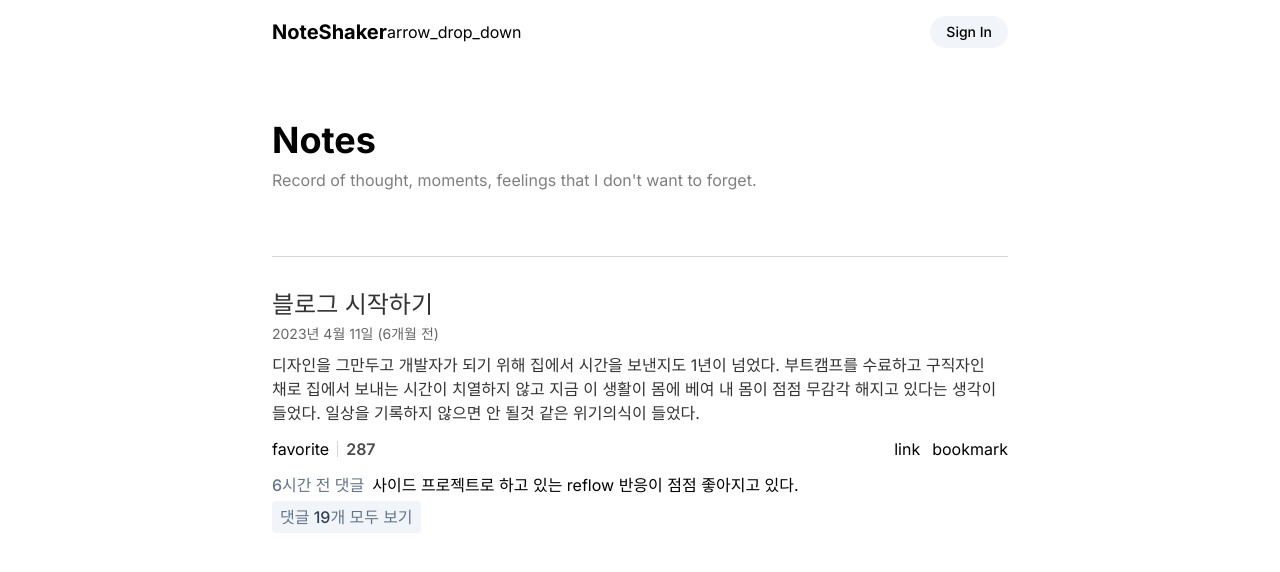
Repository: kwngmin/gongam
Page: /
These files come from the project's save history. The page is drawn as it stood at one moment and after the next save; the edit follows.
The browser window is 1280 px wide. The pictures show the whole page.
The page's requests for data from a server got no answer. The project was rebuilt for these pictures with package versions that can differ from the ones it lists, and the page was loaded fresh each time. The framework's server and built-in components were replaced by stand-ins that run in the browser. No one was signed in, and anything a server would have sent is missing. Also part of the build but not shown: next.config.js, src/components/ui/icons/SearchIcon.tsx, src/components/Avatar.tsx, src/components/ui/DockButton.tsx, src/components/ui/Dockbar.tsx.

Above is the page before, as saved 2023-11-05 01:10:06.

After the next save:
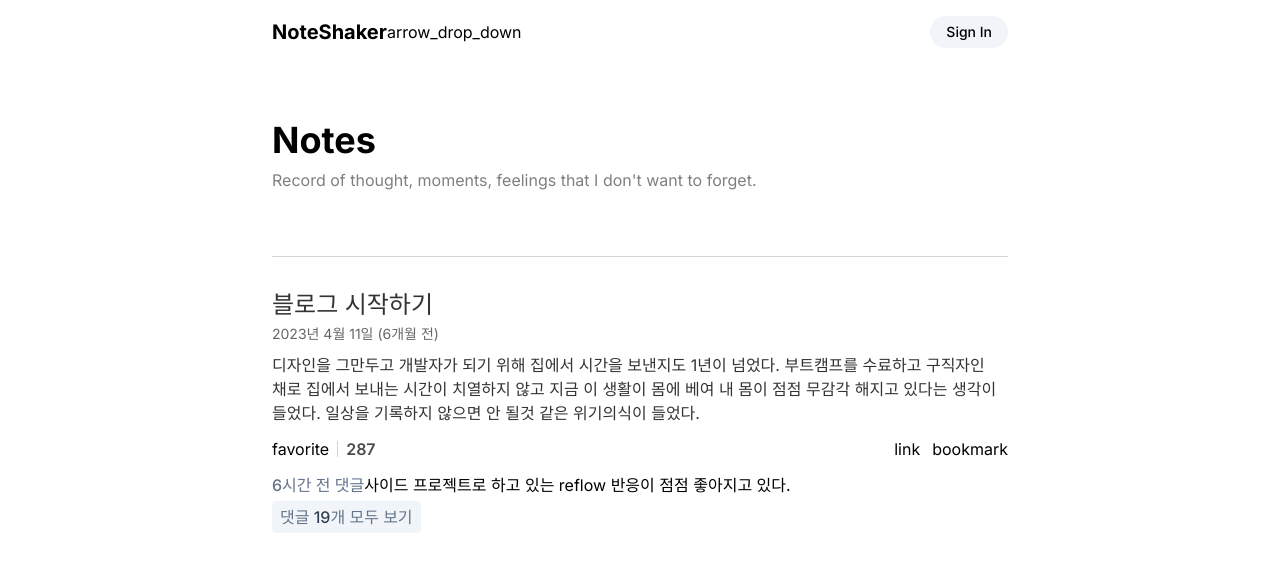
Saved 29 s later.
--- a/src/components/NotePost.tsx
+++ b/src/components/NotePost.tsx
@@ -30,7 +30,7 @@
         </div>
       </div>
       <div className='flex flex-col gap-1'>
-        <div className='flex items-center gap-2 text-ellipsis overflow-hidden'>
+        <div className=''>
           <span className='text-slate-500 font-medium shrink-0'>
             6시간 전 댓글
           </span>

After the 3 saves that followed:
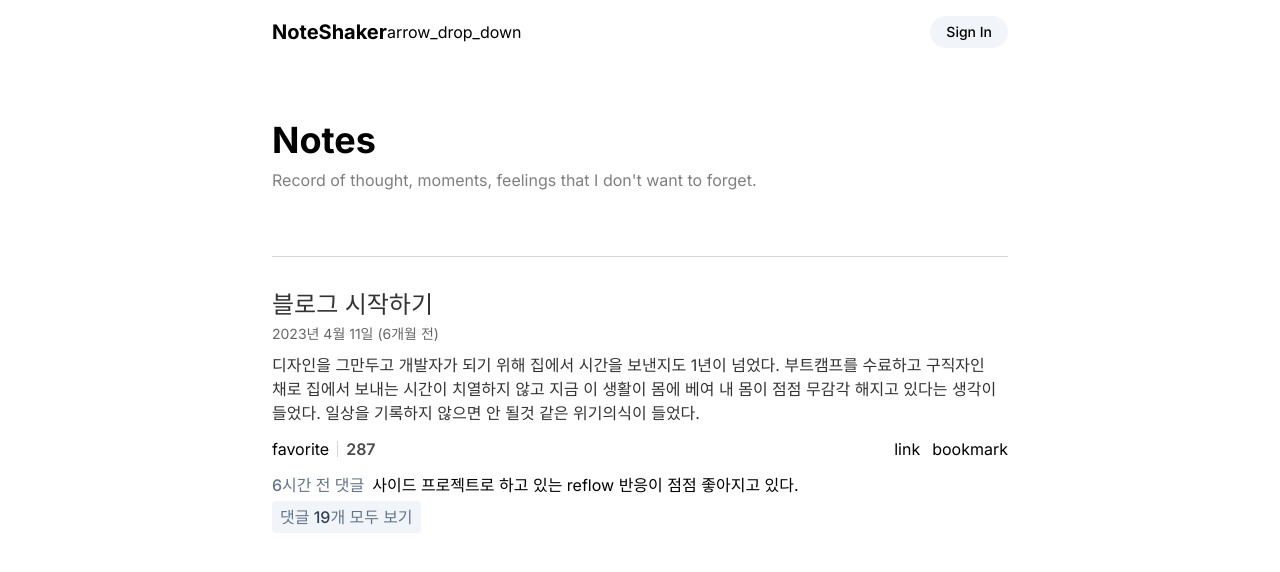
The 3 saves are shown as one change because 2 left the picture as it was.
The last was saved 42 s later.
--- a/src/components/NotePost.tsx
+++ b/src/components/NotePost.tsx
@@ -30,11 +30,11 @@
         </div>
       </div>
       <div className='flex flex-col gap-1'>
-        <div className=''>
+        <div className='flex gap-2'>
           <span className='text-slate-500 font-medium shrink-0'>
             6시간 전 댓글
           </span>
-          <span className='text-ellipsis overflow-hidden grow w-20'>
+          <span className='text-ellipsis overflow-hidden whitespace-nowrap'>
             사이드 프로젝트로 하고 있는 reflow 반응이 점점 좋아지고 있다.
           </span>
           {/* <RoundIcon filled name='chat' style='' /> */}
